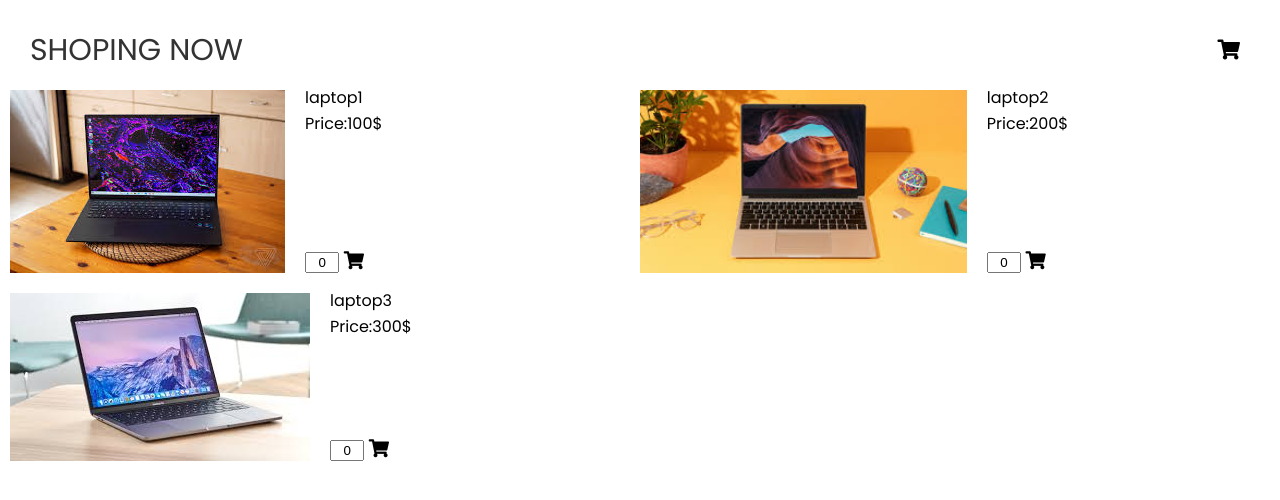
Repository: nttthao9/shopingcart
Page: index.html
The author's editor kept a copy of each file at every save. The page is drawn from the files as they stood at one save, then again after the next save.
The browser window is 1280 px wide. The pictures show the whole page.
Some web libraries are served in a nearby version.

Above is the page before, as saved 2021-10-04 14:47:37.

### index.html
<!DOCTYPE html>
<html lang="en">

<head>
  <meta charset="UTF-8">
  <meta http-equiv="X-UA-Compatible" content="IE=edge">
  <meta name="viewport" content="width=device-width, initial-scale=1.0">
  <title>Shoping Cart</title>
  <link rel="preconnect" href="https://fonts.googleapis.com">
  <link rel="preconnect" href="https://fonts.gstatic.com" crossorigin>
  <link href="https://fonts.googleapis.com/css2?family=Poppins:wght@300;400;500;600&display=swap" rel="stylesheet">
  <link rel="stylesheet" href="https://cdnjs.cloudflare.com/ajax/libs/font-awesome/5.1.0-11/css/all.css"
    integrity="sha512-xO/VZFNBvip9IT+BD6Nq/pHdBvKeFcwygKqARlegjQ+5A68KsMSYrPbGP1oYow5ec9Tqq8peJXcn5J1bD4O00w=="
    crossorigin="anonymous" referrerpolicy="no-referrer" />
  <link rel="stylesheet" href="./styles/reset.css">
  <link rel="stylesheet" href="./styles/style.css">
</head>

<body>
  <div class="shoping">
    <div class="shoping-bar">
      <h2 class="shoping-title">Shoping now</h2>
      <div class="shoping-cart">
        <i class="fas fa-shopping-cart"></i>
      </div>
    </div>
    <div class="product-list">
      <!-- <div class="product-item">
        <img src="./images/laptop1.jpg" alt="" class="product-image">
        <div class="product-desc">
          <span class="product-name">Laptop1</span>
          <span>Price:<span class="product-price">100$</span></span>
          <div class="product-buy">
            <input type="number" name="" id="" class="product-count" value="0" min="0">
            <i class="fas fa-shopping-cart cart-icon"></i>
          </div>
        </div>
      </div> -->
    </div>
  </div>
  <script src="./main.js"></script>
</body>

</html>

### styles/style.css
* {
  box-sizing: border-box;
}
html {
  font-size: 62.5%;
}
image {
  display: block;
  max-width: 100%;
}
input::-webkit-outer-spin-button,
input::-webkit-inner-spin-button {
  -webkit-appearance: none;
  margin: 0;
}
input[type='number'] {
  -moz-appearance: textfield;
}
body {
  font-family: 'Poppins', sans-serif;
  line-height: 1;
  font-size: 1.6rem;
}
.shoping {
  padding: 1rem;
}
.shoping-bar {
  display: flex;
  align-items: center;
  justify-content: space-between;
  padding: 2rem;
}
.shoping-title {
  font-size: 3rem;
  color: #333;
  text-transform: uppercase;
}
.shoping-cart {
  font-size: 2rem;
  padding: 1rem;
  cursor: pointer;
}
.product-list {
  display: flex;
  justify-content: space-between;
  flex-wrap: wrap;
}
.product-item {
  width: 50%;
  display: flex;
  margin-bottom: 2rem;
}
.product-name {
  display: block;
  margin-bottom: 1rem;
}
.product-price {
  display: inline-block;
  margin-bottom: 1rem;
}
.product-desc {
  margin-left: 2rem;
  display: flex;
  flex-direction: column;
}
.product-count {
  width: 15%;
  text-align: center;
}
.product-buy {
  margin-top: auto;
}
.cart-icon {
  display: inline-block;
  font-size: 1.8rem;
  cursor: pointer;
  margin-right: 2rem;
}

### main.js
const listItem = [
  {
    id: 1,
    name: 'laptop1',
    image: './images/laptop1.jpg',
    price: 100,
  },
  {
    id: 2,
    name: 'laptop2',
    image: './images/laptop2.jpg',
    price: 200,
  },
  {
    id: 3,
    name: 'laptop3',
    image: './images/laptop3.jpg',
    price: 300,
  },
];

const nameProduct = listItem.map((item) => Object.values(item));
console.log(nameProduct);
window.addEventListener('load', function () {
  const productList = document.querySelector('.product-list');
  const productId = listItem.map((item) => item.id);
  console.log(productId);
  const productName = listItem.map((item) => item.name);
  console.log(productName);
  const productPrice = listItem.map((item) => item.price);
  console.log(productPrice);
  function createProductItem(name, productName, productPrice) {
    const template = `<div class="product-item">
    <img src="./images/${name}.jpg" alt="" class="product-image">
    <div class="product-desc">
      <span class="product-name">${productName}</span>
      <span>Price:<span class="product-price">${productPrice}$</span></span>
      <div class="product-buy">
        <input type="number" name="" id="" class="product-count" value="0" min="0">
        <i class="fas fa-shopping-cart cart-icon"></i>
      </div>
    </div>
    </div>`;
    productList.insertAdjacentHTML('beforeend', template);
  }
  for (let i = 0; i < listItem.length; i++) {
    createProductItem(productName[i], productName[i], productPrice[i]);
  }
});

Loaded but not shown: styles/reset.css (common file)

After the next save:
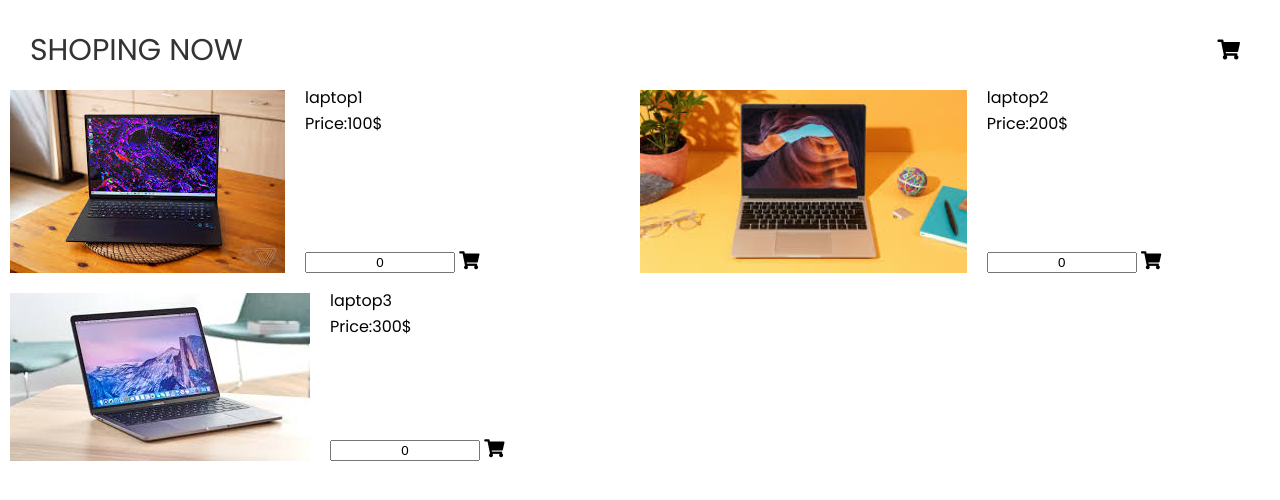
Saved 22 s later.
--- a/styles/style.css
+++ b/styles/style.css
@@ -64,7 +64,7 @@
   flex-direction: column;
 }
 .product-count {
-  width: 15%;
+  width: 15rem;
   text-align: center;
 }
 .product-buy {

After the save that followed:
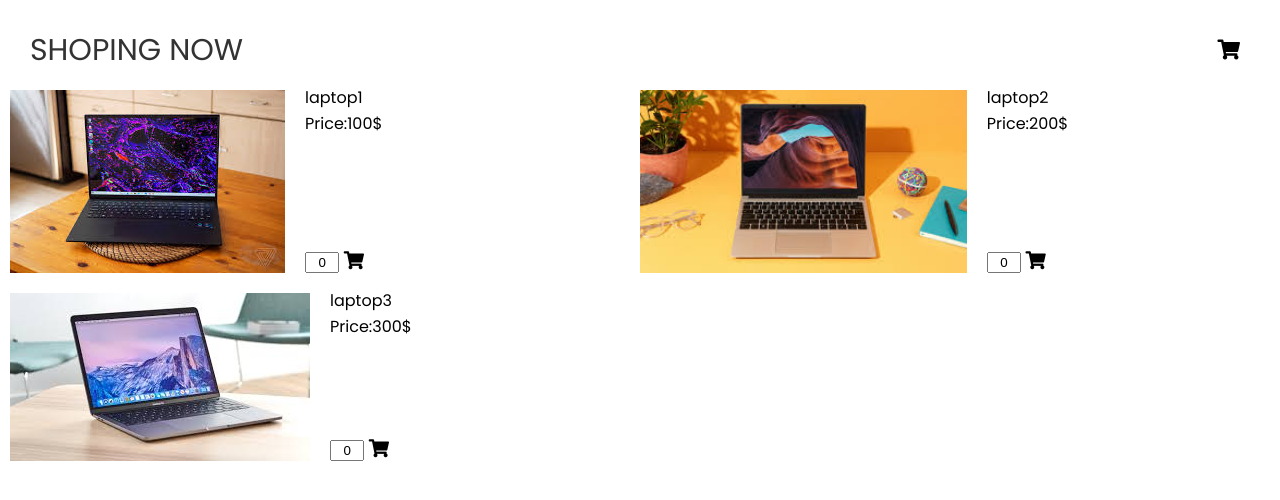
Saved 7 s later.
--- a/styles/style.css
+++ b/styles/style.css
@@ -64,7 +64,7 @@
   flex-direction: column;
 }
 .product-count {
-  width: 15rem;
+  width: 15%;
   text-align: center;
 }
 .product-buy {
